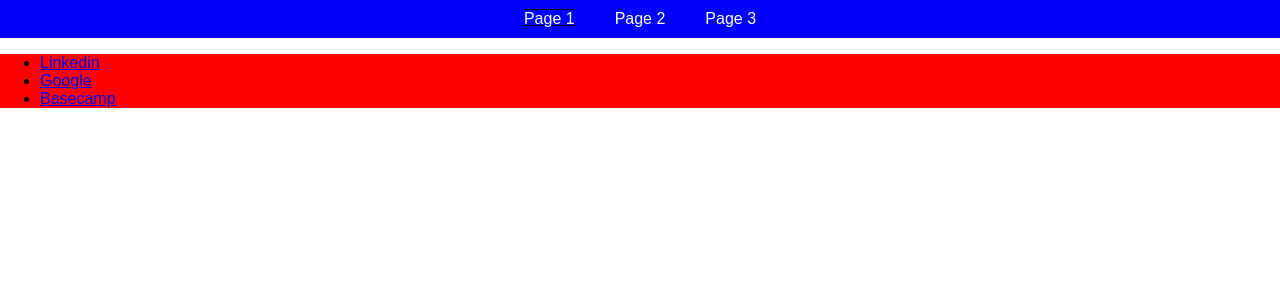
Repository: rishondass/ITMD361-Lab6
Page: index.html
An editor plug-in stored every save of this project. The page is shown before and after a run of saves, followed by the edit.
The browser window is 1280 px wide. The pictures show the whole page.

Above is the page before, as saved 2023-03-07 20:29:59.

### index.html
<!doctype html>
<html lang="en">
  <head>
    <meta charset="utf-8">
    <title>My Centered Navigation</title>
    <link rel="stylesheet" href="css/style.css">
    <link rel="stylesheet" type="text/css" href="css/normalize.css">
    <link rel="icon" href="http://web.iit.edu/sites/web/themes/iit_web/favicon.ico">
  </head>
  <body>
    <header>
      <nav id="main-navbar">
        <div id="navbar-container">
          <ul>
            <li id="onpage"><a href="#">Page 1</a></li>
            <li><a href="page2.html">Page 2</a></li>
            <li><a href="page3.html">Page 3</a></li>
          </ul>
        </div>
      </nav>
    </header>
    <div id="sidebar">
      <div id="sidebar-container">
        <ul>
          <li><a href="https://www.linkedin.com/">Linkedin</a></li>
          <li><a href="https://www.google.com/">Google</a></li>
          <li><a href="https://basecamp.com/">Basecamp</a></li>
        </ul>
      </div>
    </div>
  </body>
</html>

### css/style.css
#sidebar{
    background-color: red;
}

#sidebar ul{
    lis
}




















#onpage{
    text-decoration: underline overline;
}

#main-navbar{
    background-color:blue;
    overflow: hidden;
}

#navbar-container{
    width: 100%;
    float: left;
    position: relative;
}

#main-navbar ul{
    list-style-type: none;
    position: relative;
    float: left;
    left: 50%;
    margin: 0;
    padding: 0;
}

#main-navbar li {
    float: left;
    right: 50%;
    position: relative;
}

#main-navbar a {
    display: block;
    padding: 10px 20px;
    text-decoration: none;
    color: #fff;
}

#main-navbar a:hover{
    background-color: #000
}

Loaded but not shown: css/normalize.css (library)

After the next 2 saves:
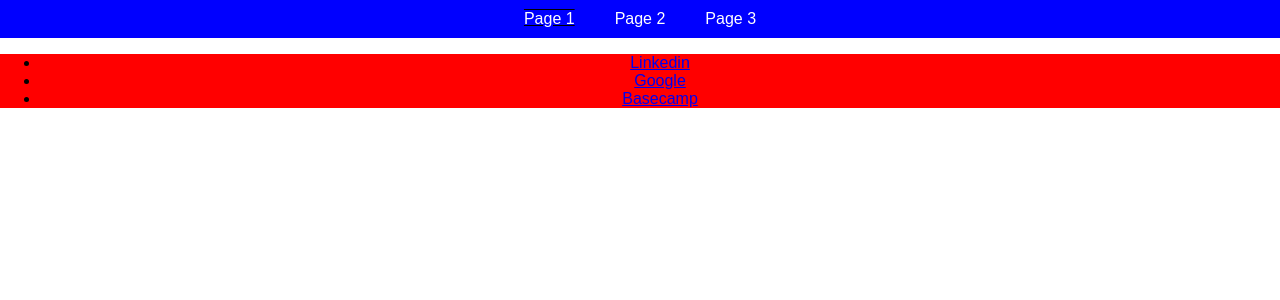
The 2 saves are shown as one change because they came seconds apart.
The last was saved 6 s later.
--- a/css/style.css
+++ b/css/style.css
@@ -3,7 +3,7 @@
 }
 
 #sidebar ul{
-    lis
+    text-align: center;
 }
 
 
